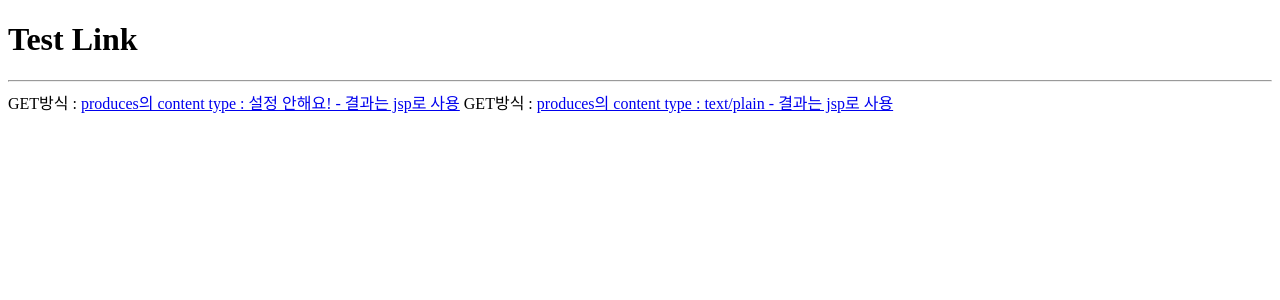
Repository: shashak23/spring_workspace
Page: springweb/src/main/webapp/resources/sample08/reuqestMappingProducesTest.html
An editor plug-in stored every save of this project. The page is shown before and after the next save, followed by the edit.
The browser window is 1280 px wide. The pictures show the whole page.

Above is the page before, as saved 2023-03-02 01:24:53.

### springweb/src/main/webapp/resources/sample08/reuqestMappingProducesTest.html
<!DOCTYPE html>
<html>
<head>
<meta charset="UTF-8">
<title>Insert title here</title>
</head>
<body>
	<h1>Test Link</h1>
	<hr>
	GET방식 :
	<a href="/springweb/testProduces1">produces의 content type : 설정 안해요! - 결과는 jsp로 사용</a>
	GET방식 :
	<a href="/springweb/testProduces1">produces의 content type : text/plain - 결과는 jsp로 사용</a> <!-- 꺽쇠가있는 문자열로 인식함 -->
</body>
</html>

After the next save:
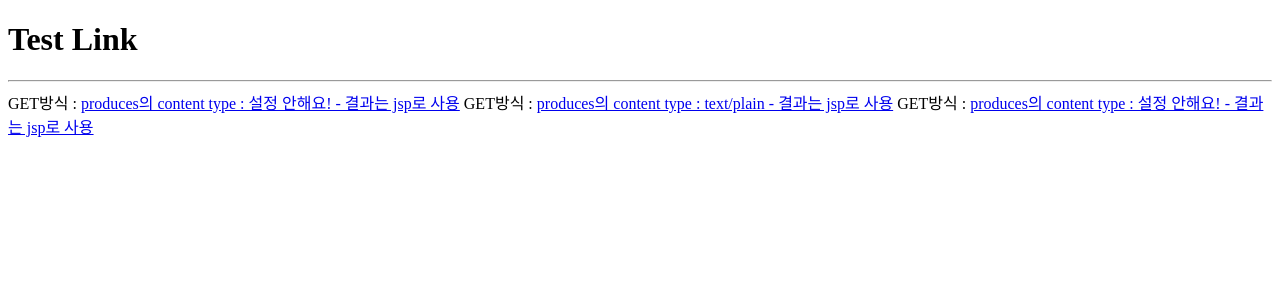
Saved 10 min 28 s later.
--- a/springweb/src/main/webapp/resources/sample08/reuqestMappingProducesTest.html
+++ b/springweb/src/main/webapp/resources/sample08/reuqestMappingProducesTest.html
@@ -11,5 +11,7 @@
 	<a href="/springweb/testProduces1">produces의 content type : 설정 안해요! - 결과는 jsp로 사용</a>
 	GET방식 :
 	<a href="/springweb/testProduces1">produces의 content type : text/plain - 결과는 jsp로 사용</a> <!-- 꺽쇠가있는 문자열로 인식함 -->
+	GET방식 :
+	<a href="/springweb/testProduces1">produces의 content type : 설정 안해요! - 결과는 jsp로 사용</a>
 </body>
 </html>
